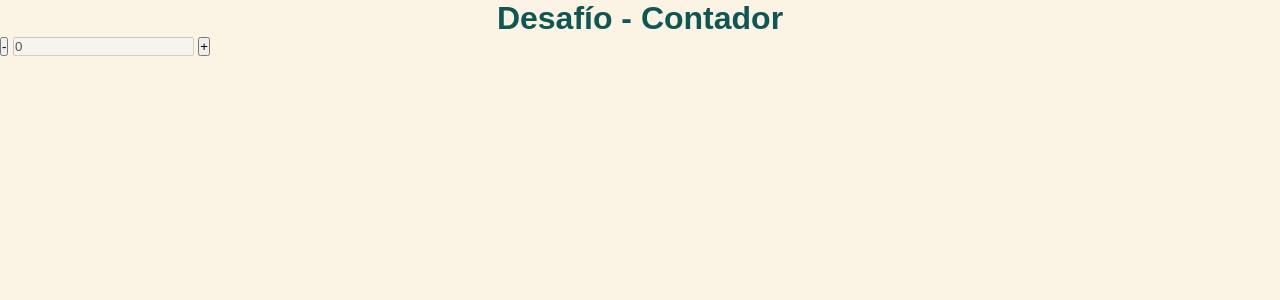
Repository: r-urchi/vue-coderhouse
Page: index.html
These files come from the project's save history. The page is drawn as it stood at one moment and after a run of saves; the edit follows.
The browser window is 1280 px wide. The pictures show the whole page.
The style sheet was rebuilt from its Sass, Less or Tailwind sources for each picture, by a compiler version that may differ from the author's.

Above is the page before, as saved 2021-11-13 10:57:55.

After the next 2 saves:
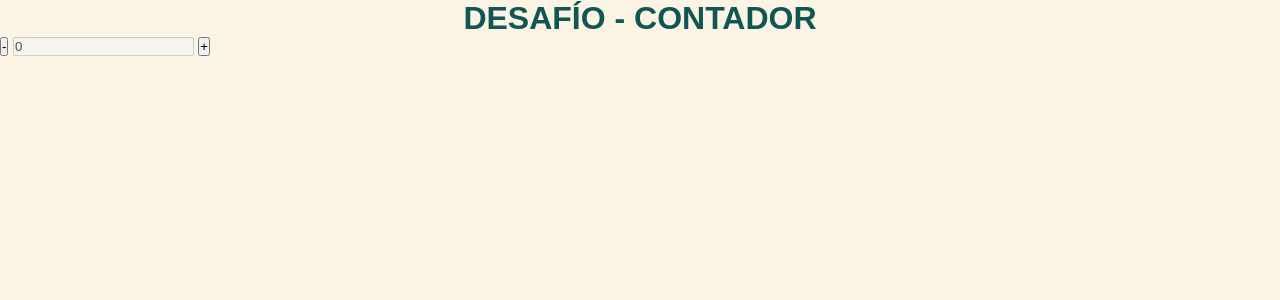
The 2 saves are shown as one change because they came seconds apart.
The last was saved 7 s later.
--- a/css/_counter.sass
+++ b/css/_counter.sass
@@ -1,3 +1,3 @@
 h1
     text-align: center
-    text
+    text-transform: uppercase
